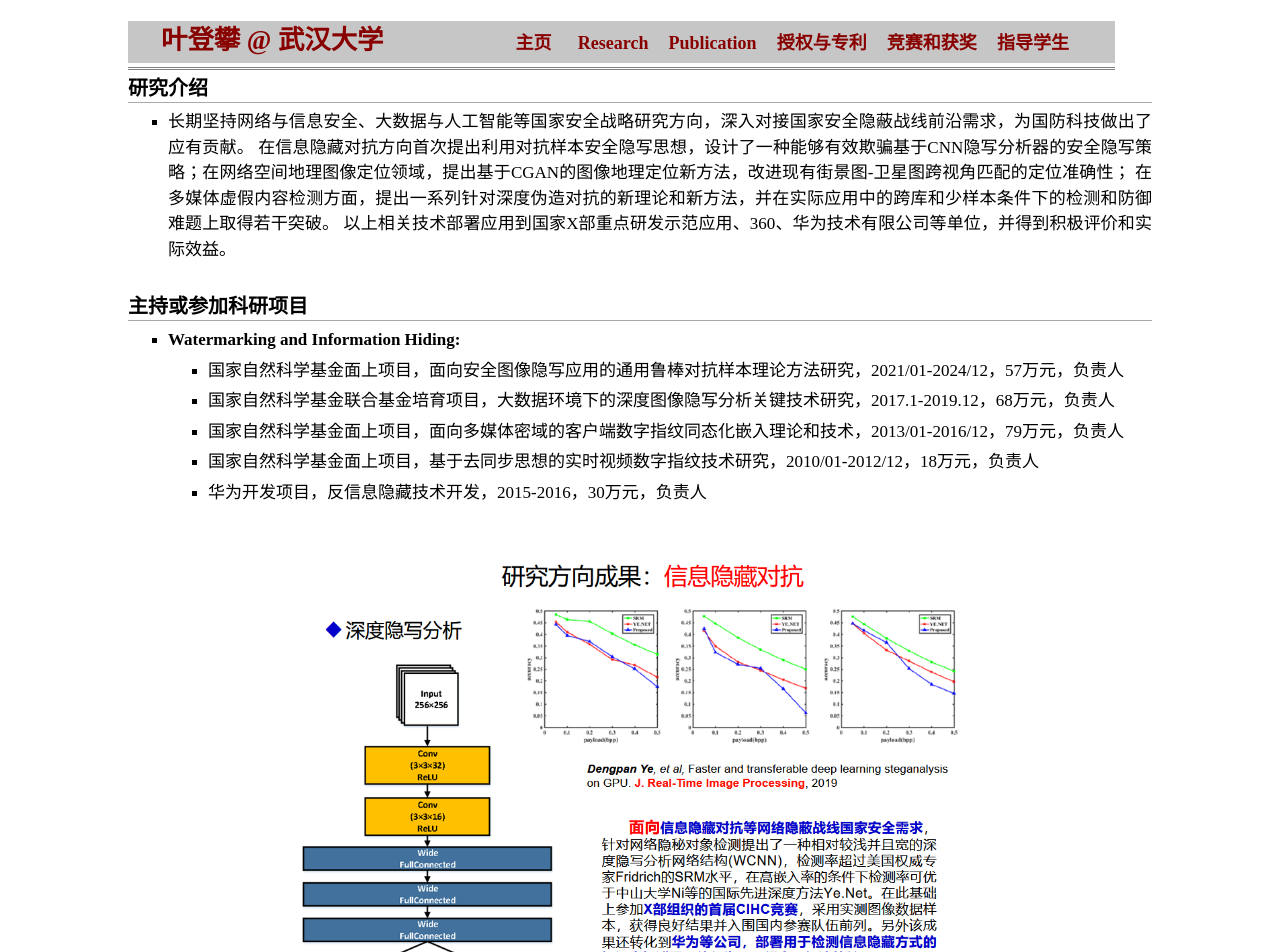
Repository: yedengpan/yedengpan.github.io
Page: research.html
The author's editor kept a copy of each file at every save. The page is drawn from the files as they stood at one save, then again after the next save.
The browser window is 1280 px wide. The pictures show the part of the page from y = 0 to 952 px (the page is 2472 px tall before and 2067 px after).
A picture or video elsewhere on the page could not be fetched, so the positions and the page height are approximate.

Above is the page before, as saved 2023-12-04 15:52:14.
Console error: SyntaxError: Unexpected token '%'

After the next save:
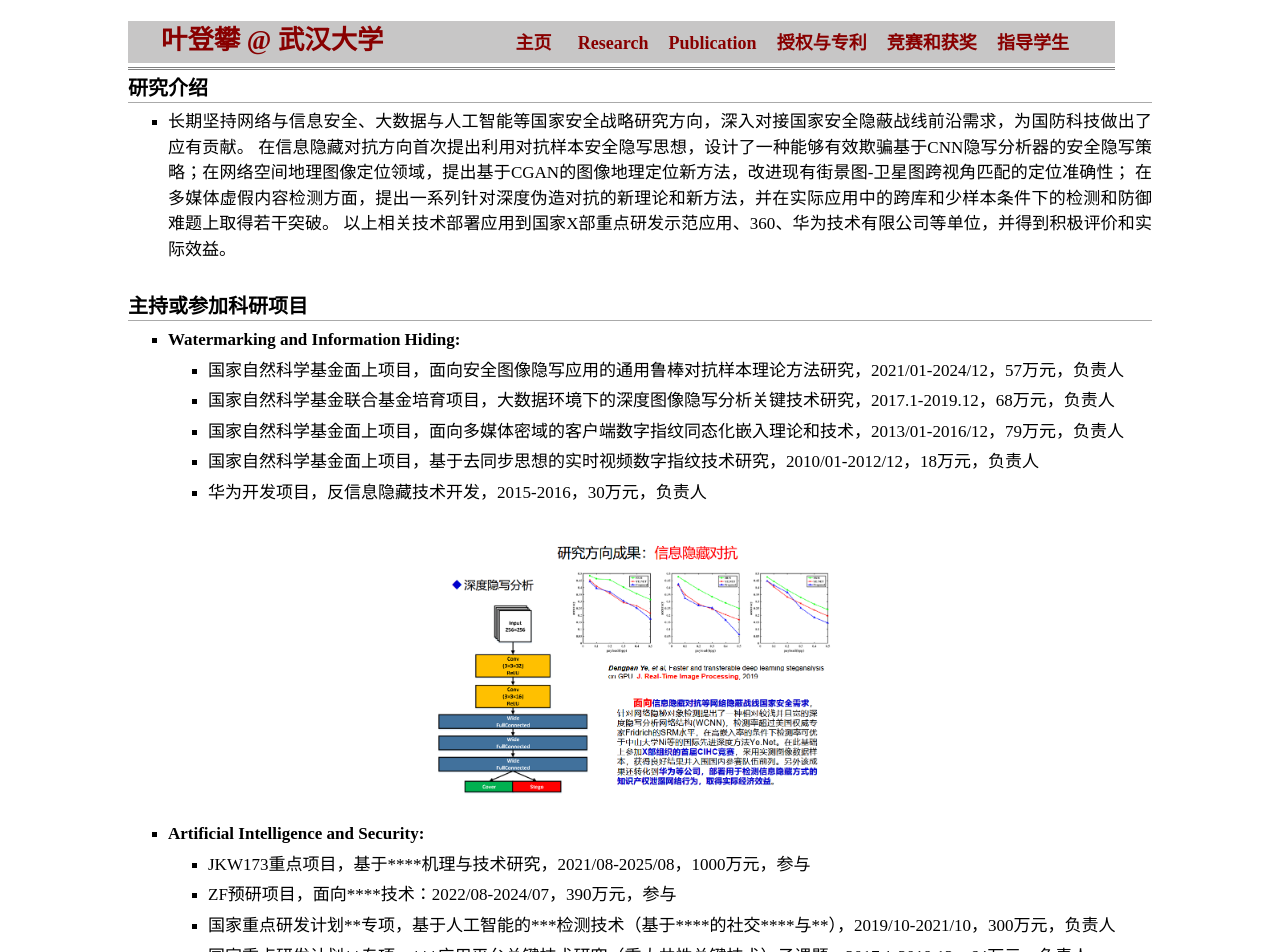
Saved 25 s later.
--- a/research.html
+++ b/research.html
@@ -13,7 +13,7 @@
         .center-image {
             display: block;
             margin: 0 auto;
-            width: 67%;
+            width: 40%;
         }
     </style>
 
